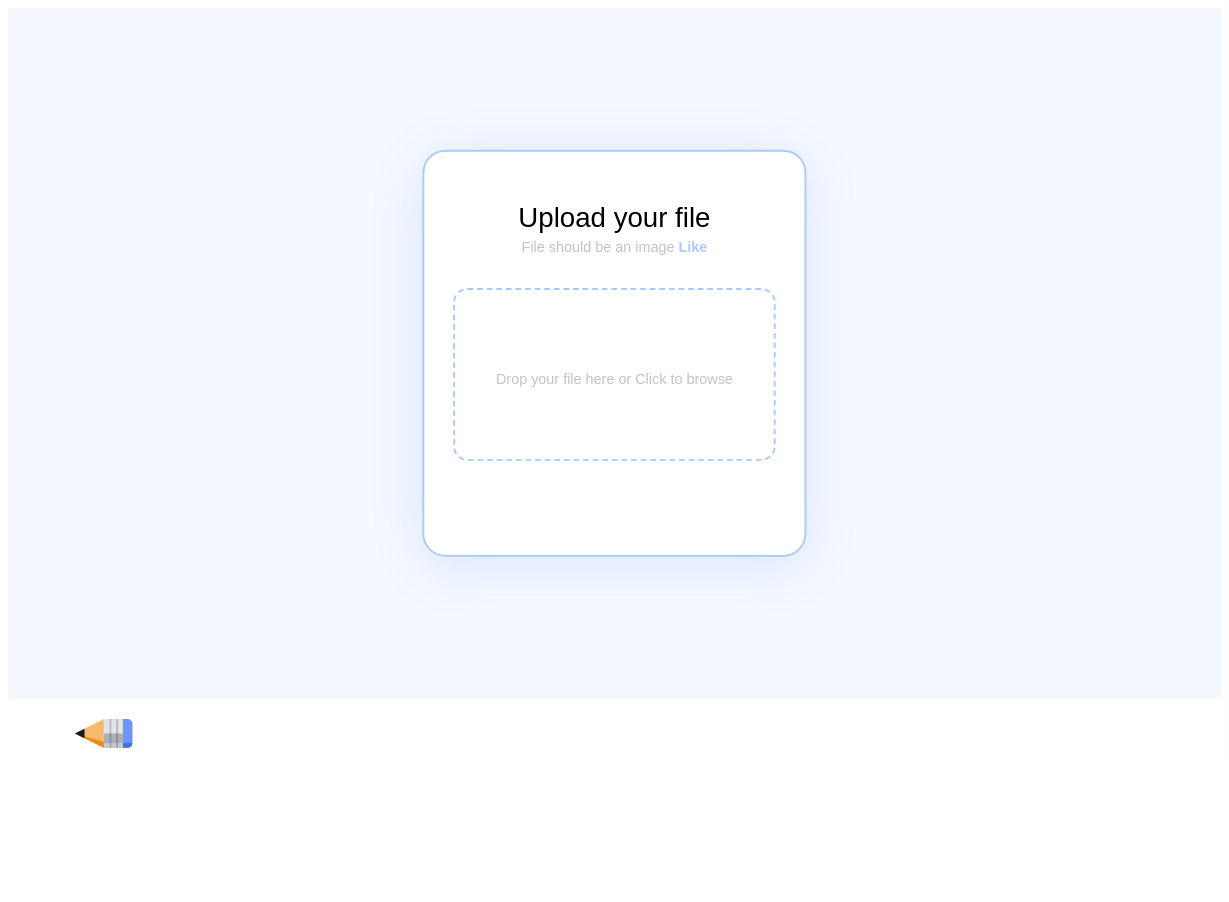
Repository: ThuongDuy/Phan_loai_anh
Page: hcsdlpt/index.html
These files come from the project's save history. The page is drawn as it stood at one moment and after the next save; the edit follows.
The browser window is 1280 px wide. The pictures show the whole page, at 96% of full size.

Above is the page before, as saved 2023-06-01 17:31:33.

### hcsdlpt/index.html
<!DOCTYPE html>
<html lang="en">

<head>
    <meta charset="UTF-8">
    <meta http-equiv="X-UA-Compatible" content="IE=edge">
    <meta name="viewport" content="width=device-width, initial-scale=1.0">
    <title>Document</title>
    <link rel="stylesheet" href="./main.css">
</head>

<body>
    <div class="wrapper">
        <!-- Upload Area -->
        <div id="uploadArea" class="upload-area">
            <!-- Header -->
            <div class="upload-area__header">
                <h1 class="upload-area__title">Upload your file</h1>
                <p class="upload-area__paragraph">
                    File should be an image
                    <strong class="upload-area__tooltip">
                        Like
                        <span class="upload-area__tooltip-data"></span> <!-- Data Will be Comes From Js -->
                    </strong>
                </p>
            </div>
            <!-- End Header -->

            <!-- Drop Zoon -->
            <div id="dropZoon" class="upload-area__drop-zoon drop-zoon">
                <span class="drop-zoon__icon">
                    <i class='bx bxs-file-image'></i>
                </span>
                <p class="drop-zoon__paragraph">Drop your file here or Click to browse</p>
                <span id="loadingText" class="drop-zoon__loading-text">Please Wait</span>
                <img src="" alt="Preview Image" id="previewImage" class="drop-zoon__preview-image" draggable="false">
                <input type="file" id="fileInput" class="drop-zoon__file-input" accept="image/*">
            </div>
            <!-- End Drop Zoon -->

            <!-- File Details -->
            <div id="fileDetails" class="upload-area__file-details file-details">
                <h3 class="file-details__title">Uploaded File</h3>

                <div id="uploadedFile" class="uploaded-file">
                    <div class="uploaded-file__icon-container">
                        <i class='bx bxs-file-blank uploaded-file__icon'></i>
                        <span class="uploaded-file__icon-text"></span> <!-- Data Will be Comes From Js -->
                    </div>

                    <div id="uploadedFileInfo" class="uploaded-file__info">
                        <span class="uploaded-file__name">Proejct 1</span>
                        <span class="uploaded-file__counter">0%</span>
                    </div>
                </div>

                <button id="btnSubmit">test</button>
            </div>
            <!-- End File Details -->
        </div>
        <!-- End Upload Area -->

        <!-- loading -->
    </div>


    <!-- <div class="loader" id="loader"> -->
    <svg class="pencil" viewBox="0 0 200 200" width="200px" height="200px" xmlns="http://www.w3.org/2000/svg">
            <defs>
                <clipPath id="pencil-eraser">
                    <rect rx="5" ry="5" width="30" height="30"></rect>
                </clipPath>
            </defs>
            <circle class="pencil__stroke" r="70" fill="none" stroke="currentColor" stroke-width="2"
                stroke-dasharray="439.82 439.82" stroke-dashoffset="439.82" stroke-linecap="round"
                transform="rotate(-113,100,100)" />
            <g class="pencil__rotate" transform="translate(100,100)">
                <g fill="none">
                    <circle class="pencil__body1" r="64" stroke="hsl(223,90%,50%)" stroke-width="30"
                        stroke-dasharray="402.12 402.12" stroke-dashoffset="402" transform="rotate(-90)" />
                    <circle class="pencil__body2" r="74" stroke="hsl(223,90%,60%)" stroke-width="10"
                        stroke-dasharray="464.96 464.96" stroke-dashoffset="465" transform="rotate(-90)" />
                    <circle class="pencil__body3" r="54" stroke="hsl(223,90%,40%)" stroke-width="10"
                        stroke-dasharray="339.29 339.29" stroke-dashoffset="339" transform="rotate(-90)" />
                </g>
                <g class="pencil__eraser" transform="rotate(-90) translate(49,0)">
                    <g class="pencil__eraser-skew">
                        <rect fill="hsl(223,90%,70%)" rx="5" ry="5" width="30" height="30" />
                        <rect fill="hsl(223,90%,60%)" width="5" height="30" clip-path="url(#pencil-eraser)" />
                        <rect fill="hsl(223,10%,90%)" width="30" height="20" />
                        <rect fill="hsl(223,10%,70%)" width="15" height="20" />
                        <rect fill="hsl(223,10%,80%)" width="5" height="20" />
                        <rect fill="hsla(223,10%,10%,0.2)" y="6" width="30" height="2" />
                        <rect fill="hsla(223,10%,10%,0.2)" y="13" width="30" height="2" />
                    </g>
                </g>
                <g class="pencil__point" transform="rotate(-90) translate(49,-30)">
                    <polygon fill="hsl(33,90%,70%)" points="15 0,30 30,0 30" />
                    <polygon fill="hsl(33,90%,50%)" points="15 0,6 30,0 30" />
                    <polygon fill="hsl(223,10%,10%)" points="15 0,20 10,10 10" />
                </g>
            </g>
        </svg>
    <!-- <span class="dot"></span>
        <span class="dot"></span>
        <span class="dot"></span> -->
    <!-- </div> -->
    <!-- loading -->

    <script src="https://cdnjs.cloudflare.com/ajax/libs/jquery/3.7.0/jquery.min.js"
        integrity="sha512-3gJwYpMe3QewGELv8k/BX9vcqhryRdzRMxVfq6ngyWXwo03GFEzjsUm8Q7RZcHPHksttq7/GFoxjCVUjkjvPdw=="
        crossorigin="anonymous" referrerpolicy="no-referrer"></script>
    <script src="./scripts.js"></script>
</body>

</html>

### hcsdlpt/main.css
/* General Styles */

* {
    box-sizing: border-box;
}

:root {
    --clr-white: rgb(255, 255, 255);
    --clr-black: rgb(0, 0, 0);
    --clr-light: rgb(245, 248, 255);
    --clr-light-gray: rgb(196, 195, 196);
    --clr-blue: rgb(63, 134, 255);
    --clr-light-blue: rgb(171, 202, 255);
}

body {

}

/* End General Styles */

/* Upload Area */
.upload-area {
    width: 100%;
    max-width: 25rem;
    background-color: var(--clr-white);
    box-shadow: 0 10px 60px rgb(218, 229, 255);
    border: 2px solid var(--clr-light-blue);
    border-radius: 24px;
    padding: 2rem 1.875rem 5rem 1.875rem;
    margin: 0.625rem;
    text-align: center;
}

.upload-area--open {
    /* Slid Down Animation */
    animation: slidDown 500ms ease-in-out;
}

@keyframes slidDown {
    from {
        height: 28.125rem;
        /* 450px */
    }

    to {
        height: 35rem;
        /* 560px */
    }
}

/* Header */
.upload-area__header {}

.upload-area__title {
    font-size: 1.8rem;
    font-weight: 500;
    margin-bottom: 0.3125rem;
}

.upload-area__paragraph {
    font-size: 0.9375rem;
    color: var(--clr-light-gray);
    margin-top: 0;
}

.upload-area__tooltip {
    position: relative;
    color: var(--clr-light-blue);
    cursor: pointer;
    transition: color 300ms ease-in-out;
}

.upload-area__tooltip:hover {
    color: var(--clr-blue);
}

.upload-area__tooltip-data {
    position: absolute;
    top: 50%;
    left: 50%;
    transform: translate(-50%, -125%);
    min-width: max-content;
    background-color: var(--clr-white);
    color: var(--clr-blue);
    border: 1px solid var(--clr-light-blue);
    padding: 0.625rem 1.25rem;
    font-weight: 500;
    opacity: 0;
    visibility: hidden;
    transition: none 300ms ease-in-out;
    transition-property: opacity, visibility;
}

.upload-area__tooltip:hover .upload-area__tooltip-data {
    opacity: 1;
    visibility: visible;
}

/* Drop Zoon */
.upload-area__drop-zoon {
    position: relative;
    height: 11.25rem;
    /* 180px */
    display: flex;
    justify-content: center;
    align-items: center;
    flex-direction: column;
    border: 2px dashed var(--clr-light-blue);
    border-radius: 15px;
    margin-top: 2.1875rem;
    cursor: pointer;
    transition: border-color 300ms ease-in-out;
}

.upload-area__drop-zoon:hover {
    border-color: var(--clr-blue);
}

.drop-zoon__icon {
    display: flex;
    font-size: 3.75rem;
    color: var(--clr-blue);
    transition: opacity 300ms ease-in-out;
}

.drop-zoon__paragraph {
    font-size: 0.9375rem;
    color: var(--clr-light-gray);
    margin: 0;
    margin-top: 0.625rem;
    transition: opacity 300ms ease-in-out;
}

.drop-zoon:hover .drop-zoon__icon,
.drop-zoon:hover .drop-zoon__paragraph {
    opacity: 0.7;
}

.drop-zoon__loading-text {
    position: absolute;
    top: 50%;
    left: 50%;
    transform: translate(-50%, -50%);
    display: none;
    color: var(--clr-light-blue);
    z-index: 10;
}

.drop-zoon__preview-image {
    position: absolute;
    top: 0;
    left: 0;
    width: 100%;
    height: 100%;
    object-fit: contain;
    padding: 0.3125rem;
    border-radius: 10px;
    display: none;
    z-index: 1000;
    transition: opacity 300ms ease-in-out;
}

.drop-zoon:hover .drop-zoon__preview-image {
    opacity: 0.8;
}

.drop-zoon__file-input {
    display: none;
}

/* (drop-zoon--over) Modifier Class */
.drop-zoon--over {
    border-color: var(--clr-blue);
}

.drop-zoon--over .drop-zoon__icon,
.drop-zoon--over .drop-zoon__paragraph {
    opacity: 0.7;
}

/* (drop-zoon--over) Modifier Class */
.drop-zoon--Uploaded {}

.drop-zoon--Uploaded .drop-zoon__icon,
.drop-zoon--Uploaded .drop-zoon__paragraph {
    display: none;
}

/* File Details Area */
.upload-area__file-details {
    height: 0;
    visibility: hidden;
    opacity: 0;
    text-align: left;
    transition: none 500ms ease-in-out;
    transition-property: opacity, visibility;
    transition-delay: 500ms;
}

/* (duploaded-file--open) Modifier Class */
.file-details--open {
    height: auto;
    visibility: visible;
    opacity: 1;
}

.file-details__title {
    font-size: 1.125rem;
    font-weight: 500;
    color: var(--clr-light-gray);
}

/* Uploaded File */
.uploaded-file {
    display: flex;
    align-items: center;
    padding: 0.625rem 0;
    visibility: hidden;
    opacity: 0;
    transition: none 500ms ease-in-out;
    transition-property: visibility, opacity;
}

/* (duploaded-file--open) Modifier Class */
.uploaded-file--open {
    visibility: visible;
    opacity: 1;
}

.uploaded-file__icon-container {
    position: relative;
    margin-right: 0.3125rem;
}

.uploaded-file__icon {
    font-size: 3.4375rem;
    color: var(--clr-blue);
}

.uploaded-file__icon-text {
    position: absolute;
    top: 1.5625rem;
    left: 50%;
    transform: translateX(-50%);
    font-size: 0.9375rem;
    font-weight: 500;
    color: var(--clr-white);
}

.uploaded-file__info {
    position: relative;
    top: -0.3125rem;
    width: 100%;
    display: flex;
    justify-content: space-between;
}

.uploaded-file__info::before,
.uploaded-file__info::after {
    content: '';
    position: absolute;
    bottom: -0.9375rem;
    width: 0;
    height: 0.5rem;
    background-color: #ebf2ff;
    border-radius: 0.625rem;
}

.uploaded-file__info::before {
    width: 100%;
}

.uploaded-file__info::after {
    width: 100%;
    background-color: var(--clr-blue);
}

/* Progress Animation */
.uploaded-file__info--active::after {
    animation: progressMove 800ms ease-in-out;
    animation-delay: 300ms;
}

@keyframes progressMove {
    from {
        width: 0%;
        background-color: transparent;
    }

    to {
        width: 100%;
        background-color: var(--clr-blue);
    }
}

.uploaded-file__name {
    width: 100%;
    max-width: 6.25rem;
    /* 100px */
    display: inline-block;
    font-size: 1rem;
    white-space: nowrap;
    overflow: hidden;
    text-overflow: ellipsis;
}

.uploaded-file__counter {
    font-size: 1rem;
    color: var(--clr-light-gray);
}

.loader {
    width: 100%;
    height: 300px;
    display: flex;
    align-items: center;
    justify-content: center;
    gap: 20px;
}

.dot {
    height: 40px;
    width: 40px;
    border-radius: 50%;
}

.dot:nth-child(1) {
    background-color: red;
    animation: jump 0.6s 0.5s ease-in infinite
}

.dot:nth-child(2) {
    background-color: blue;
    animation: jump 0.6s 0.7s ease-in infinite
}

.dot:nth-child(3) {
    background-color: orange;
    animation: jump 0.6s 0.9s ease-in infinite
}


@keyframes jump {
    0% {
        transform: translate3D(0, 0, 0);
        opacity: 0;
    }

    50% {
        transform: translate3D(0, -15px, 0);
        opacity: 0.5;
    }

    100% {
        transform: translate3D(0, 0, 0);
        opacity: 1;
    }
}

/* * {
    border: 0;
    box-sizing: border-box;
    margin: 0;
    padding: 0;
}

:root {
    --hue: 223;
    --bg: hsl(var(--hue), 90%, 90%);
    --fg: hsl(var(--hue), 90%, 10%);
    --trans-dur: 0.3s;
    font-size: calc(20px + (30 - 20) * (100vw - 320px) / (1280 - 320));
}

body {
    background: var(--bg);
    color: var(--fg);
    font: 1em/1.5 sans-serif;
    height: 100vh;
    display: grid;
    place-items: center;
}

.pencil {
    display: block;
    width: 10em;
    height: 10em;
}

.pencil__body1,
.pencil__body2,
.pencil__body3,
.pencil__eraser,
.pencil__eraser-skew,
.pencil__point,
.pencil__rotate,
.pencil__stroke {
    animation-duration: 3s;
    animation-timing-function: linear;
    animation-iteration-count: infinite;
}

.pencil__body1,
.pencil__body2,
.pencil__body3 {
    transform: rotate(-90deg);
}

.pencil__body1 {
    animation-name: pencilBody1;
}

.pencil__body2 {
    animation-name: pencilBody2;
}

.pencil__body3 {
    animation-name: pencilBody3;
}

.pencil__eraser {
    animation-name: pencilEraser;
    transform: rotate(-90deg) translate(49px, 0);
}

.pencil__eraser-skew {
    animation-name: pencilEraserSkew;
    animation-timing-function: ease-in-out;
}

.pencil__point {
    animation-name: pencilPoint;
    transform: rotate(-90deg) translate(49px, -30px);
}

.pencil__rotate {
    animation-name: pencilRotate;
}

.pencil__stroke {
    animation-name: pencilStroke;
    transform: translate(100px, 100px) rotate(-113deg);
}

@keyframes pencilBody1 {

    from,
    to {
        stroke-dashoffset: 351.86;
        transform: rotate(-90deg);
    }

    50% {
        stroke-dashoffset: 150.8;
        transform: rotate(-225deg);
    }
}

@keyframes pencilBody2 {

    from,
    to {
        stroke-dashoffset: 406.84;
        transform: rotate(-90deg);
    }

    50% {
        stroke-dashoffset: 174.36;
        transform: rotate(-225deg);
    }
}

@keyframes pencilBody3 {

    from,
    to {
        stroke-dashoffset: 296.88;
        transform: rotate(-90deg);
    }

    50% {
        stroke-dashoffset: 127.23;
        transform: rotate(-225deg);
    }
}

@keyframes pencilEraser {

    from,
    to {
        transform: rotate(-45deg) translate(49px, 0);
    }

    50% {
        transform: rotate(0deg) translate(49px, 0);
    }
}

@keyframes pencilEraserSkew {

    from,
    32.5%,
    67.5%,
    to {
        transform: skewX(0);
    }

    35%,
    65% {
        transform: skewX(-4deg);
    }

    37.5%,
    62.5% {
        transform: skewX(8deg);
    }

    40%,
    45%,
    50%,
    55%,
    60% {
        transform: skewX(-15deg);
    }

    42.5%,
    47.5%,
    52.5%,
    57.5% {
        transform: skewX(15deg);
    }
}

@keyframes pencilPoint {

    from,
    to {
        transform: rotate(-90deg) translate(49px, -30px);
    }

    50% {
        transform: rotate(-225deg) translate(49px, -30px);
    }
}

@keyframes pencilRotate {
    from {
        transform: translate(100px, 100px) rotate(0);
    }

    to {
        transform: translate(100px, 100px) rotate(720deg);
    }
}

@keyframes pencilStroke {
    from {
        stroke-dashoffset: 439.82;
        transform: translate(100px, 100px) rotate(-113deg);
    }

    50% {
        stroke-dashoffset: 164.93;
        transform: translate(100px, 100px) rotate(-113deg);
    }

    75%,
    to {
        stroke-dashoffset: 439.82;
        transform: translate(100px, 100px) rotate(112deg);
    }
} */


:root {
    --loading-spinner-size: 1.5rem;
    --loading-spinner-gap: 1;
    /* [1] */
    --loading-spinner-wrapper: calc(var(--loading-spinner-size) * 3 + var(--loading-spinner-gap) * var(--loading-spinner-size) * 2);
    /* [2] */
    --loading-spinner-color: rgb(63, 134, 255);

    --animation-timing: cubic-bezier(0, 1, 1, 0);
    --animation-duration: 600ms;
    --animation-count: infinite;
}

.loading {
    --spacer: calc(var(--loading-spinner-size) * var(--loading-spinner-gap) + var(--loading-spinner-size));
    /* [3] */
    position: relative;
    width: var(--loading-spinner-wrapper);
    height: var(--loading-spinner-size);
    /* border: 1px solid red; */
    /* [4] */
}

.loading span {
    position: absolute;
    top: 0;
    width: var(--loading-spinner-size);
    aspect-ratio: 1 / 1;
    border-radius: 50%;
    background: var(--loading-spinner-color);
    animation-timing-function: var(--animation-timing);
}

.loading span:nth-child(1) {
    left: 0;
    animation: scale-up var(--animation-duration) var(--animation-count);
}

.loading span:nth-child(2) {
    left: 0;
    animation: move-right var(--animation-duration) var(--animation-count);
}

.loading span:nth-child(3) {
    left: calc(var(--spacer) * 1);
    animation: move-right var(--animation-duration) var(--animation-count);
}

.loading span:nth-child(4) {
    left: calc(var(--spacer) * 2);
    animation: scale-down var(--animation-duration) var(--animation-count);
}

@keyframes scale-up {
    from {
        transform: scale(0)
    }

    to {
        transform: scale(1)
    }
}

@keyframes scale-down {
    from {
        transform: scale(1)
    }

    to {
        transform: scale(0)
    }
}

@keyframes move-right {
    from {
        transform: translate(0, 0)
    }

    to {
        transform: translate(var(--spacer), 0)
    }

    /* [3] */
}

/* General styling */
* {
    box-sizing: border-box
}

.wrapper {
    position: relative;
    margin: 0;
    padding: 0;
    background-color: var(--clr-light);
    color: var(--clr-black);
    font-family: 'Poppins', sans-serif;
    font-size: 1.125rem;
    min-height: 100vh;
    display: flex;
    justify-content: center;
    align-items: center;
}
.upload-area {
    position: absolute;
    z-index: 1;
}
.loading {
    position: absolute;
    z-index: 9;
}

Loaded but not shown: hcsdlpt/scripts.js (222 lines, source omitted)

After the next save:
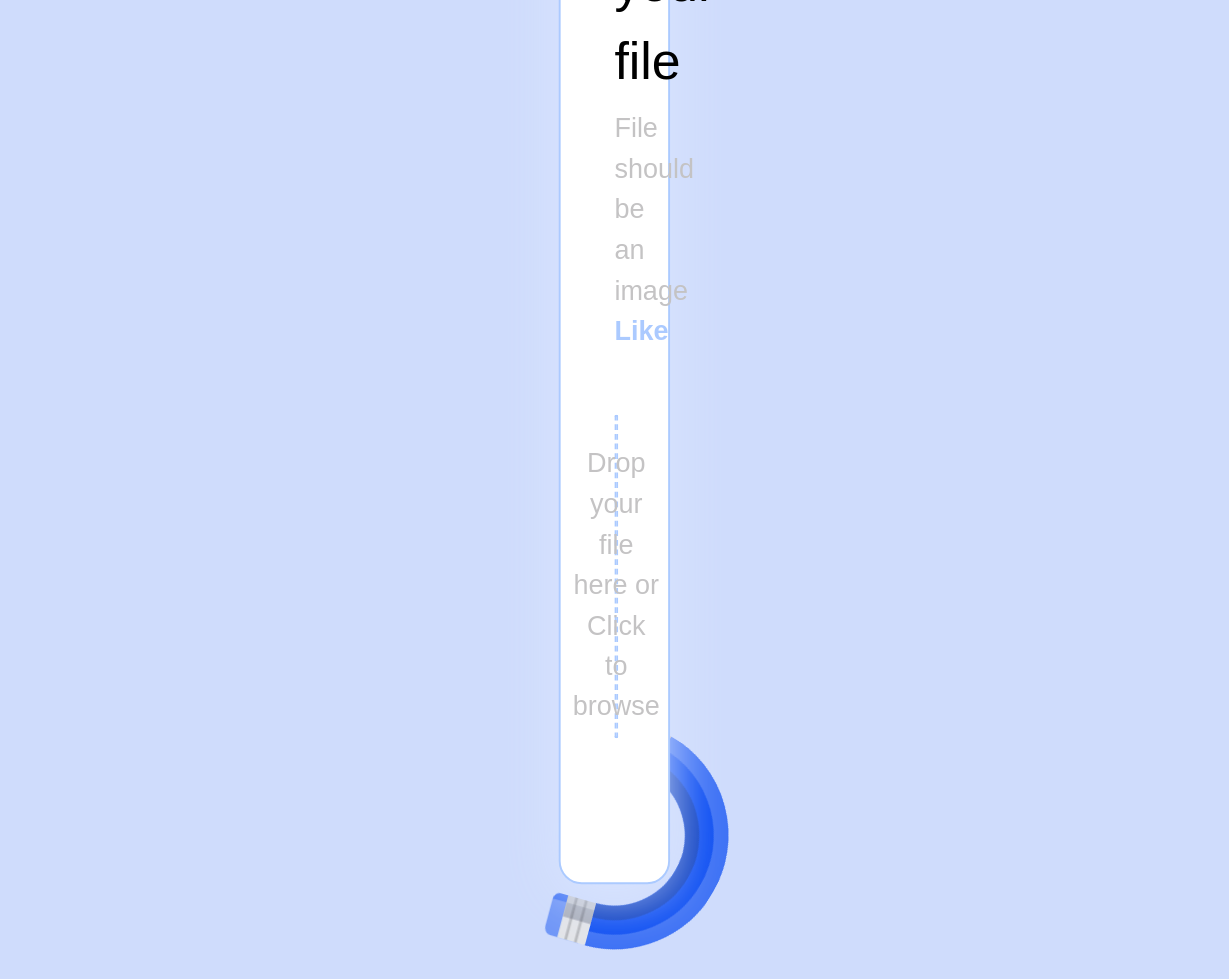
Saved 29 s later.
--- a/hcsdlpt/main.css
+++ b/hcsdlpt/main.css
@@ -358,7 +358,7 @@ body {
     }
 }
 
-/* * {
+* {
     border: 0;
     box-sizing: border-box;
     margin: 0;
@@ -570,98 +570,8 @@ body {
         stroke-dashoffset: 439.82;
         transform: translate(100px, 100px) rotate(112deg);
     }
-} */
-
-
-:root {
-    --loading-spinner-size: 1.5rem;
-    --loading-spinner-gap: 1;
-    /* [1] */
-    --loading-spinner-wrapper: calc(var(--loading-spinner-size) * 3 + var(--loading-spinner-gap) * var(--loading-spinner-size) * 2);
-    /* [2] */
-    --loading-spinner-color: rgb(63, 134, 255);
-
-    --animation-timing: cubic-bezier(0, 1, 1, 0);
-    --animation-duration: 600ms;
-    --animation-count: infinite;
-}
-
-.loading {
-    --spacer: calc(var(--loading-spinner-size) * var(--loading-spinner-gap) + var(--loading-spinner-size));
-    /* [3] */
-    position: relative;
-    width: var(--loading-spinner-wrapper);
-    height: var(--loading-spinner-size);
-    /* border: 1px solid red; */
-    /* [4] */
-}
-
-.loading span {
-    position: absolute;
-    top: 0;
-    width: var(--loading-spinner-size);
-    aspect-ratio: 1 / 1;
-    border-radius: 50%;
-    background: var(--loading-spinner-color);
-    animation-timing-function: var(--animation-timing);
-}
-
-.loading span:nth-child(1) {
-    left: 0;
-    animation: scale-up var(--animation-duration) var(--animation-count);
-}
-
-.loading span:nth-child(2) {
-    left: 0;
-    animation: move-right var(--animation-duration) var(--animation-count);
-}
-
-.loading span:nth-child(3) {
-    left: calc(var(--spacer) * 1);
-    animation: move-right var(--animation-duration) var(--animation-count);
-}
-
-.loading span:nth-child(4) {
-    left: calc(var(--spacer) * 2);
-    animation: scale-down var(--animation-duration) var(--animation-count);
-}
-
-@keyframes scale-up {
-    from {
-        transform: scale(0)
-    }
-
-    to {
-        transform: scale(1)
-    }
-}
-
-@keyframes scale-down {
-    from {
-        transform: scale(1)
-    }
-
-    to {
-        transform: scale(0)
-    }
-}
-
-@keyframes move-right {
-    from {
-        transform: translate(0, 0)
-    }
-
-    to {
-        transform: translate(var(--spacer), 0)
-    }
-
-    /* [3] */
-}
-
-/* General styling */
-* {
-    box-sizing: border-box
-}
+}
+
 
 .wrapper {
     position: relative;
